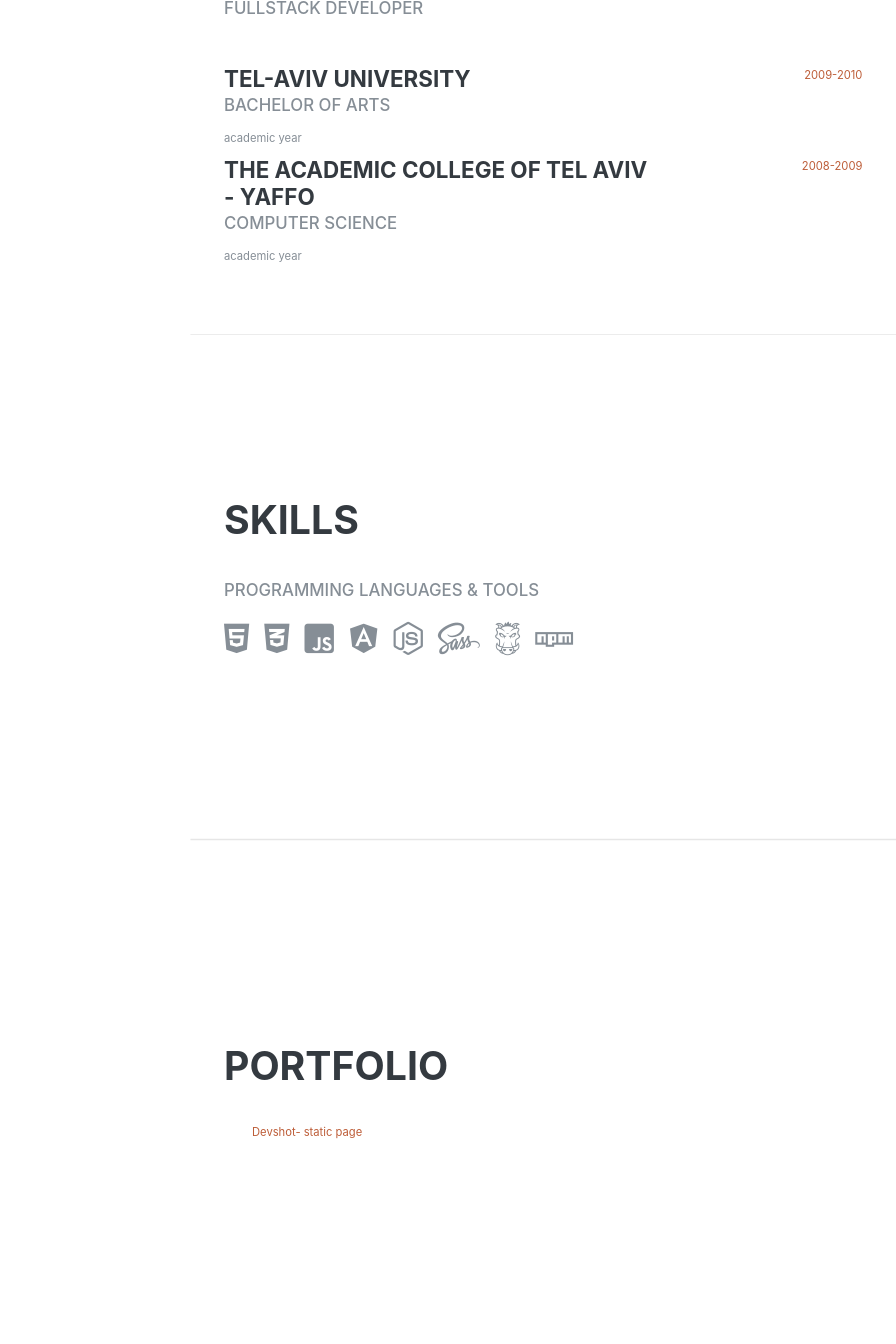
Repository: AlonGur/resume
Page: index.html
The author's editor kept a copy of each file at every save. The page is drawn from the files as they stood at one save, then again after the next save.
The browser window is 1280 px wide. The pictures show the part of the page from y = 1806 to 3726 px (the page is 3726 px tall), at 70% of full size.
Some web fonts or font styles are not loaded; a fallback is used.

Above is the page before, as saved 2019-06-07 16:16:39.

### index.html
<!DOCTYPE html>
<html lang="en">

<head>

  <meta charset="utf-8">
  <meta name="viewport" content="width=device-width, initial-scale=1, shrink-to-fit=no">
  <meta name="description" content="">
  <meta name="author" content="">

  <title>Resume - Start Bootstrap Theme</title>

  <!-- Bootstrap core CSS -->
  <link href="vendor/bootstrap/css/bootstrap.min.css" rel="stylesheet">

  <!-- Custom fonts for this template -->
  <link href="https://fonts.googleapis.com/css?family=Saira+Extra+Condensed:500,700" rel="stylesheet">
  <link href="https://fonts.googleapis.com/css?family=Muli:400,400i,800,800i" rel="stylesheet">
  <link href="vendor/fontawesome-free/css/all.min.css" rel="stylesheet">

  <!-- Custom styles for this template -->
  <link href="css/resume.min.css" rel="stylesheet">

</head>

<body id="page-top">

  <nav class="navbar navbar-expand-lg navbar-dark bg-primary fixed-top" id="sideNav">
    <a class="navbar-brand js-scroll-trigger" href="#page-top">
      <span class="d-block d-lg-none">Alon Gur</span>
      <span class="d-none d-lg-block">
        <img class="img-fluid img-profile rounded-circle mx-auto mb-2" src="img/profile.jpg" alt="">
      </span>
    </a>
    <button class="navbar-toggler" type="button" data-toggle="collapse" data-target="#navbarSupportedContent" aria-controls="navbarSupportedContent" aria-expanded="false" aria-label="Toggle navigation">
      <span class="navbar-toggler-icon"></span>
    </button>
    <div class="collapse navbar-collapse" id="navbarSupportedContent">
      <ul class="navbar-nav">
        <li class="nav-item">
          <a class="nav-link js-scroll-trigger" href="#about">About</a>
        </li>
        <li class="nav-item">
          <a class="nav-link js-scroll-trigger" href="#experience">Experience</a>
        </li>
        <li class="nav-item">
          <a class="nav-link js-scroll-trigger" href="#education">Education</a>
        </li>
        <li class="nav-item">
          <a class="nav-link js-scroll-trigger" href="#skills">Skills</a>
        </li>
        <li class="nav-item">
          <a class="nav-link js-scroll-trigger" href="#interests">Interests</a>
        </li>
        <li class="nav-item">
          <a class="nav-link js-scroll-trigger" href="#awards">Awards</a>
        </li>
      </ul>
    </div>
  </nav>

  <div class="container-fluid p-0">

    <section class="resume-section p-3 p-lg-5 d-flex align-items-center" id="about">
      <div class="w-100">
        <h1 class="mb-0">Alon
          <span class="text-primary">Gur</span>
        </h1>
        <div class="subheading mb-5">Dish to Web Developer
          <a href="mailto:name@email.com">gur.alon@gmail.com</a>
        </div>
        <p class="lead mb-5">This former kitchen cook and manager is trading in his knife for a keyboard! Dedicated hard-working team-player looking for his next challenge in life. Technologically and goal oriented, with an eye for detail, and a passion to develop in the development world.


        </p>
        <div class="social-icons">
          <a href="https://www.linkedin.com/in/GurAlon">
            <i class="fab fa-linkedin-in"></i>
          </a>
          <a href="www.github.com/AlonGur ">
            <i class="fab fa-github"></i>
          </a>
        </div>
      </div>
    </section>

    <hr class="m-0">

    <section class="resume-section p-3 p-lg-5 d-flex justify-content-center" id="experience">
      <div class="w-100">
        <h2 class="mb-5">Work Experience</h2>

        <div class="resume-item d-flex flex-column flex-md-row justify-content-between mb-5">
          <div class="resume-content">
            <h3 class="mb-0">Kitchen Manager and Cook</h3>
            <div class="subheading mb-3"> HaHevre HaYoter Tovim Inc.</div>
            <p> Managing workers, logistics, and service in high-stress environment</p>
          </div>
          <div class="resume-date text-md-right">
            <span class="text-primary">March 2013 - Present</span>
          </div>
        </div>

        <div class="resume-item d-flex flex-column flex-md-row justify-content-between mb-5">
          <div class="resume-content">
            <h3 class="mb-0">Translation and Television Writing</h3>
            <div class="subheading mb-3">MumboJumbo</div>
<p>
  Managing translation services for Discovery Channel in various languages on tight scheudules
</p>
<p>Writing for various Israeli television programs</p>
</div>
          <div class="resume-date text-md-right">
            <span class="text-primary">2014-2016</span>
          </div>
        </div>

        <div class="resume-item d-flex flex-column flex-md-row justify-content-between">
          <div class="resume-content">
            <h3 class="mb-0">Content Director</h3>
            <div class="subheading mb-3">YouTab.com</div>
<p>Content Manager at YouTab - a guitar tabbing app</p>
<p>Social Media management</p>          </div>
          <div class="resume-date text-md-right">
            <span class="text-primary">September 2008 - June 2010</span>
          </div>
        </div>

      </div>

    </section>

    <hr class="m-0">

    <section class="resume-section p-3 p-lg-5 d-flex align-items-center" id="education">
      <div class="w-100">
        <h2 class="mb-5">Education and Training</h2>

        <div class="resume-item d-flex flex-column flex-md-row justify-content-between mb-5">
          <div class="resume-content">
            <h3 class="mb-0">Netcraft Academy</h3>
            <div class="subheading mb-3">Fullstack Developer</div>

          </div>
          <div class="resume-date text-md-right">
            <span class="text-primary">2018-2019</span>
          </div>
        </div>

        <div class="resume-item d-flex flex-column flex-md-row justify-content-between">
          <div class="resume-content">
            <h3 class="mb-0">Tel-Aviv University</h3>
            <div class="subheading mb-3">Bachelor of Arts</div>
            <p>academic year</p>
          </div>
          <div class="resume-date text-md-right">
            <span class="text-primary">2009-2010</span>
          </div>
        </div>

        <div class="resume-item d-flex flex-column flex-md-row justify-content-between">
            <div class="resume-content">
              <h3 class="mb-0">The Academic College of Tel Aviv - Yaffo</h3>
              <div class="subheading mb-3">Computer Science</div>
              <p>academic year</p>
            </div>
            <div class="resume-date text-md-right">
              <span class="text-primary">2008-2009</span>
            </div>
          </div>

      </div>
    </section>

    <hr class="m-0">

    <section class="resume-section p-3 p-lg-5 d-flex align-items-center" id="skills">
      <div class="w-100">
        <h2 class="mb-5">Skills</h2>

        <div class="subheading mb-3">Programming Languages &amp; Tools</div>
        <ul class="list-inline dev-icons">
          <li class="list-inline-item">
            <i class="fab fa-html5"></i>
          </li>
          <li class="list-inline-item">
            <i class="fab fa-css3-alt"></i>
          </li>
          <li class="list-inline-item">
            <i class="fab fa-js-square"></i>
          </li>
          <li class="list-inline-item">
            <i class="fab fa-angular"></i>
          </li>

          <li class="list-inline-item">
            <i class="fab fa-node-js"></i>
          </li>
          <li class="list-inline-item">
            <i class="fab fa-sass"></i>
          </li>


          <li class="list-inline-item">
            <i class="fab fa-grunt"></i>
          </li>

          <li class="list-inline-item">
            <i class="fab fa-npm"></i>
          </li>
        </ul>

      </div>
    </section>

    <hr class="m-0">



    <hr class="m-0">

    <section class="resume-section p-3 p-lg-5 d-flex align-items-center" id="awards">
      <div class="w-100">
        <h2 class="mb-5">Portfolio</h2>
        <ul class="fa-ul mb-0">
         <li><a href="">
           Devshot- static page
         </a></li>
        </ul>
      </div>
    </section>

  </div>

  <!-- Bootstrap core JavaScript -->
  <script src="vendor/jquery/jquery.min.js"></script>
  <script src="vendor/bootstrap/js/bootstrap.bundle.min.js"></script>

  <!-- Plugin JavaScript -->
  <script src="vendor/jquery-easing/jquery.easing.min.js"></script>

  <!-- Custom scripts for this template -->
  <script src="js/resume.min.js"></script>

</body>

</html>

Loaded but not shown: vendor/bootstrap/css/bootstrap.min.css (library); vendor/fontawesome-free/css/all.min.css (library); css/resume.min.css (library); vendor/jquery/jquery.min.js (library); vendor/bootstrap/js/bootstrap.bundle.min.js (library); vendor/jquery-easing/jquery.easing.min.js (common file); js/resume.min.js (common file)

After the next save:
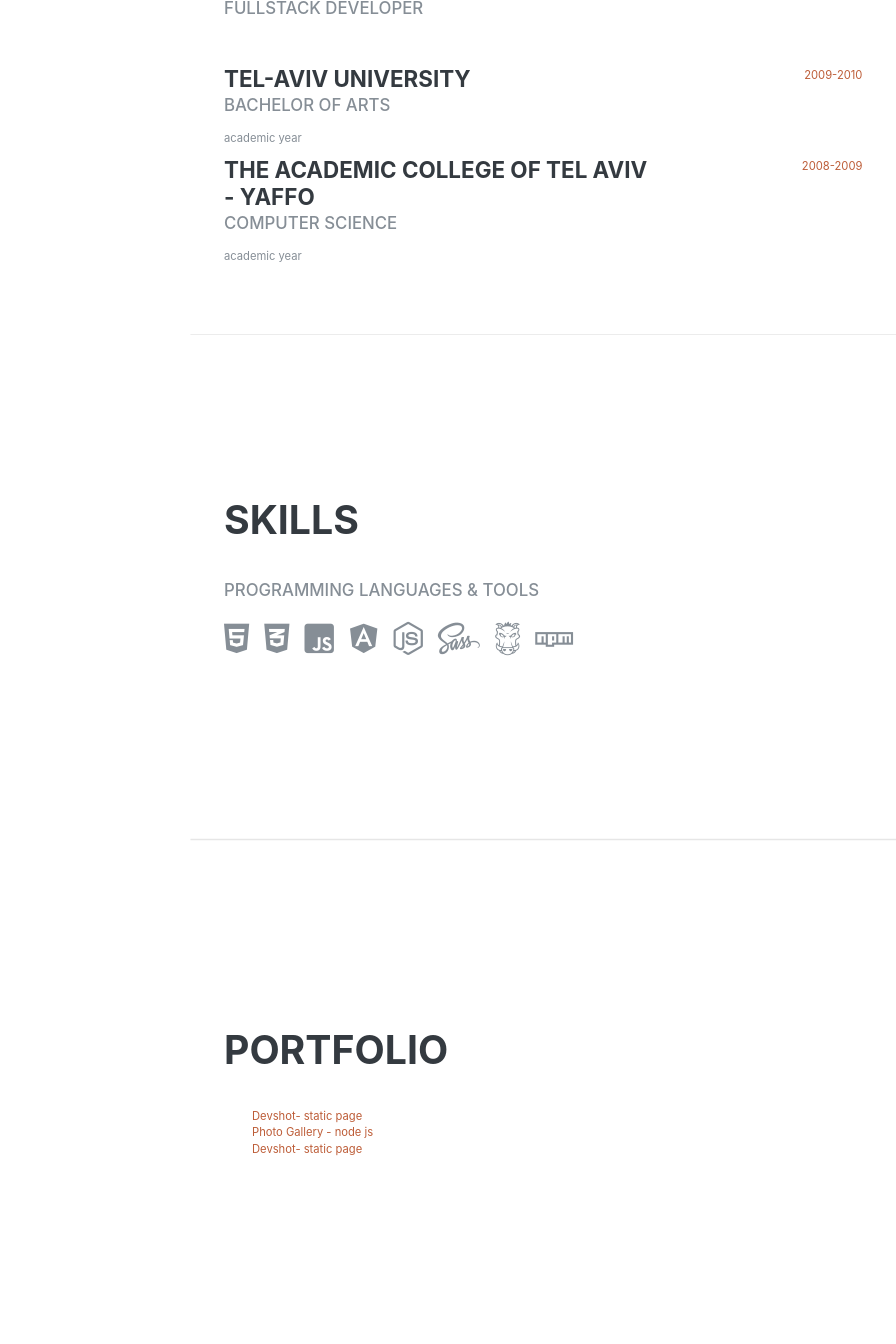
Saved 118 s later.
--- a/index.html
+++ b/index.html
@@ -223,9 +223,15 @@
       <div class="w-100">
         <h2 class="mb-5">Portfolio</h2>
         <ul class="fa-ul mb-0">
-         <li><a href="">
+         <li><a href="https://alongur.github.io/DevShots/">
            Devshot- static page
          </a></li>
+         <li><a href="https://alongur.github.io/DevShots/">
+          Photo Gallery - node js
+        </a></li>
+        <li><a href="https://alongur.github.io/DevShots/">
+          Devshot- static page
+        </a></li>
         </ul>
       </div>
     </section>
